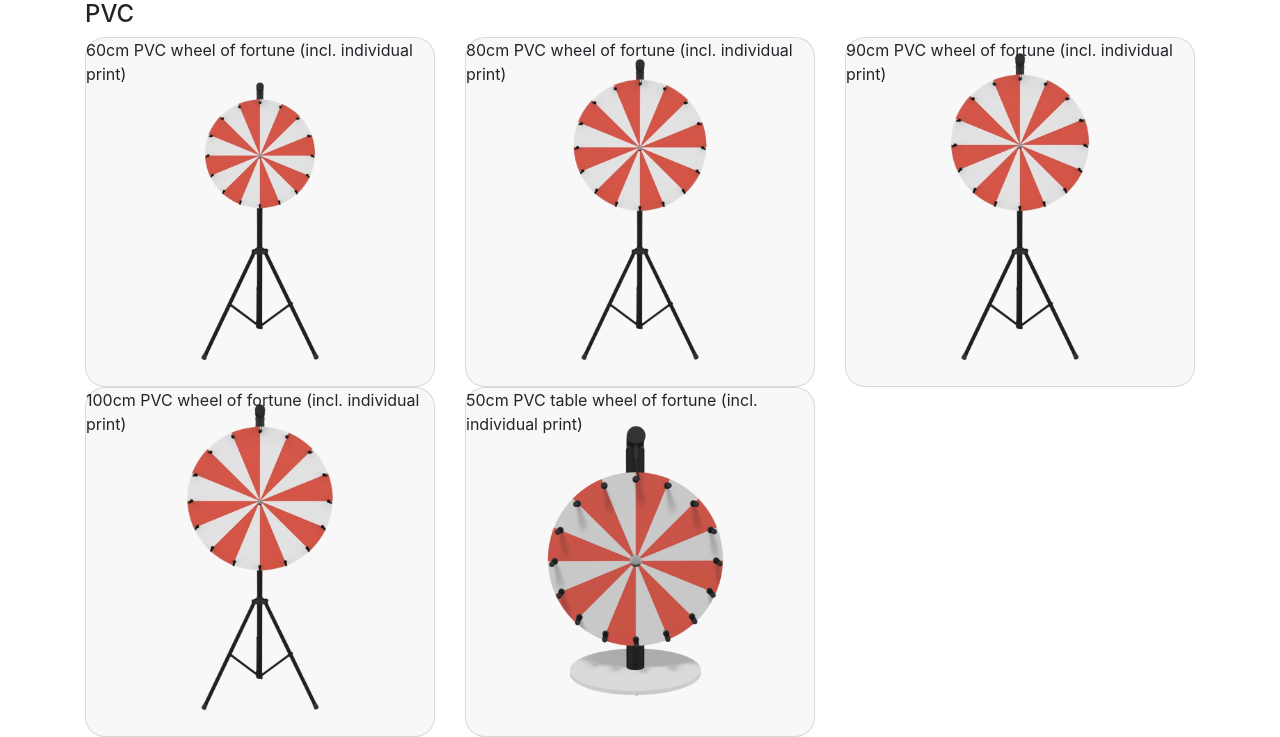
Repository: Awaisp-irfan/fahad-project
Page: pvc.html
These files come from the project's save history. The page is drawn as it stood at one moment and after the next save; the edit follows.
The browser window is 1280 px wide. The pictures show the whole page.

Above is the page before, as saved 2022-06-30 08:51:11.

After the next save:
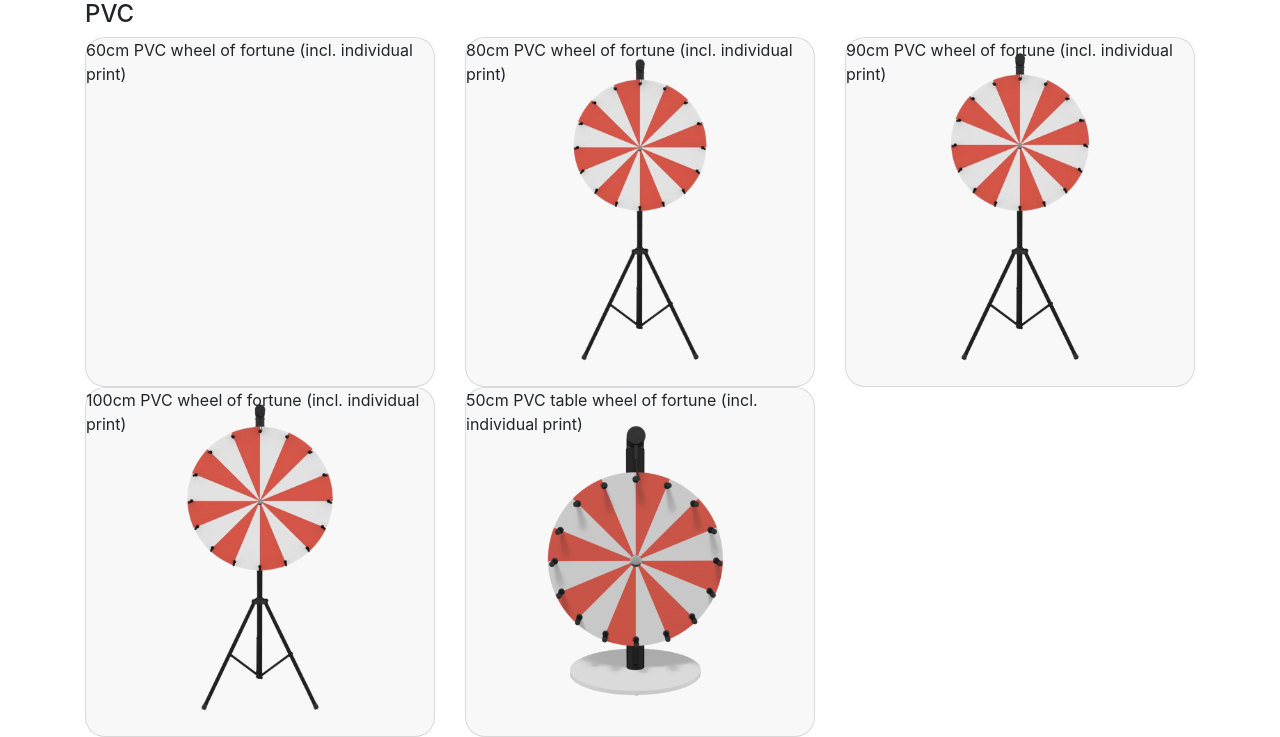
Saved 2 min 13 s later.
--- a/pvc.html
+++ b/pvc.html
@@ -25,7 +25,7 @@
         <div class="row">
             <div class="col-lg-4">
                 <div class="card img-div">
-                    <div class="cm60">60cm PVC wheel of fortune (incl. individual print)</div>
+                    <div class="cm60-img">60cm PVC wheel of fortune (incl. individual print)</div>
                 </div>
             </div>
             <div class="col-lg-4">

After the save that followed:
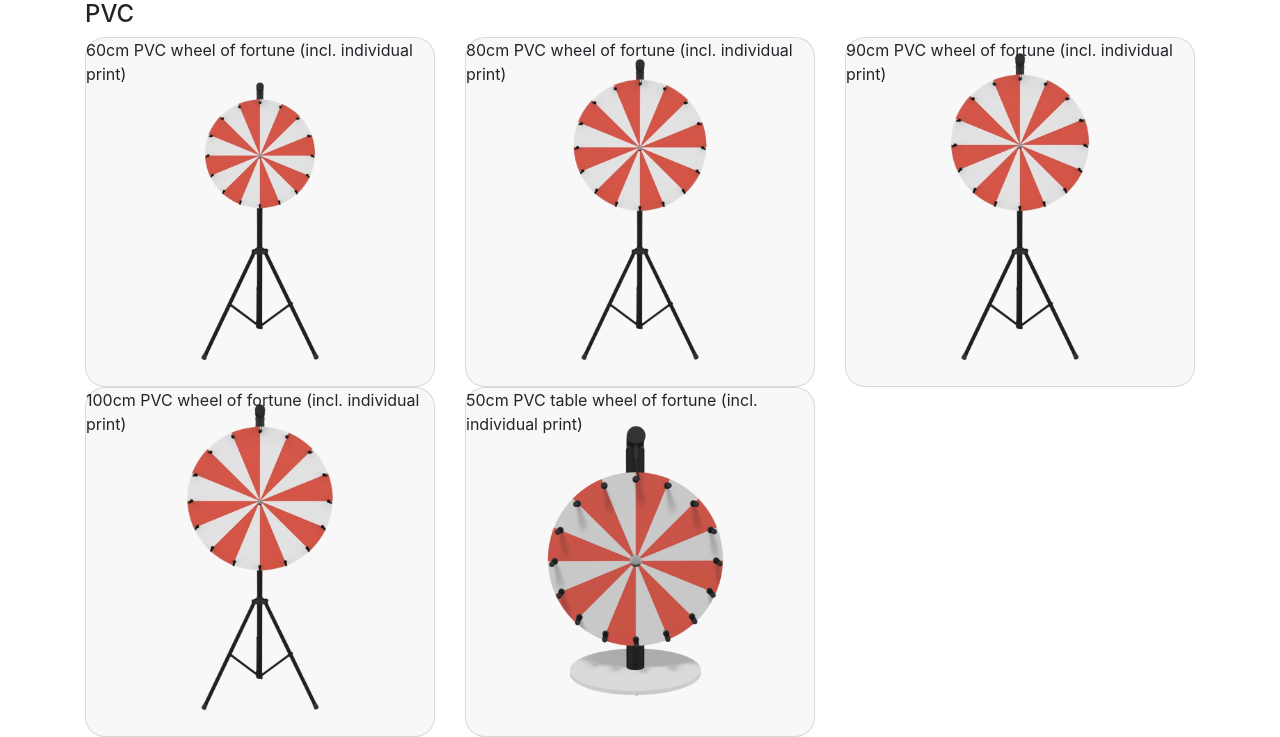
Saved 19 s later.
--- a/style.css
+++ b/style.css
@@ -33,7 +33,7 @@
     height: 100%;
     border-radius: 20px;
 }
-.cm60{
+.cm60-img{
     background: url(./assests/60cm_PVC-removebg-preview.png);
 
     background-size: cover;
